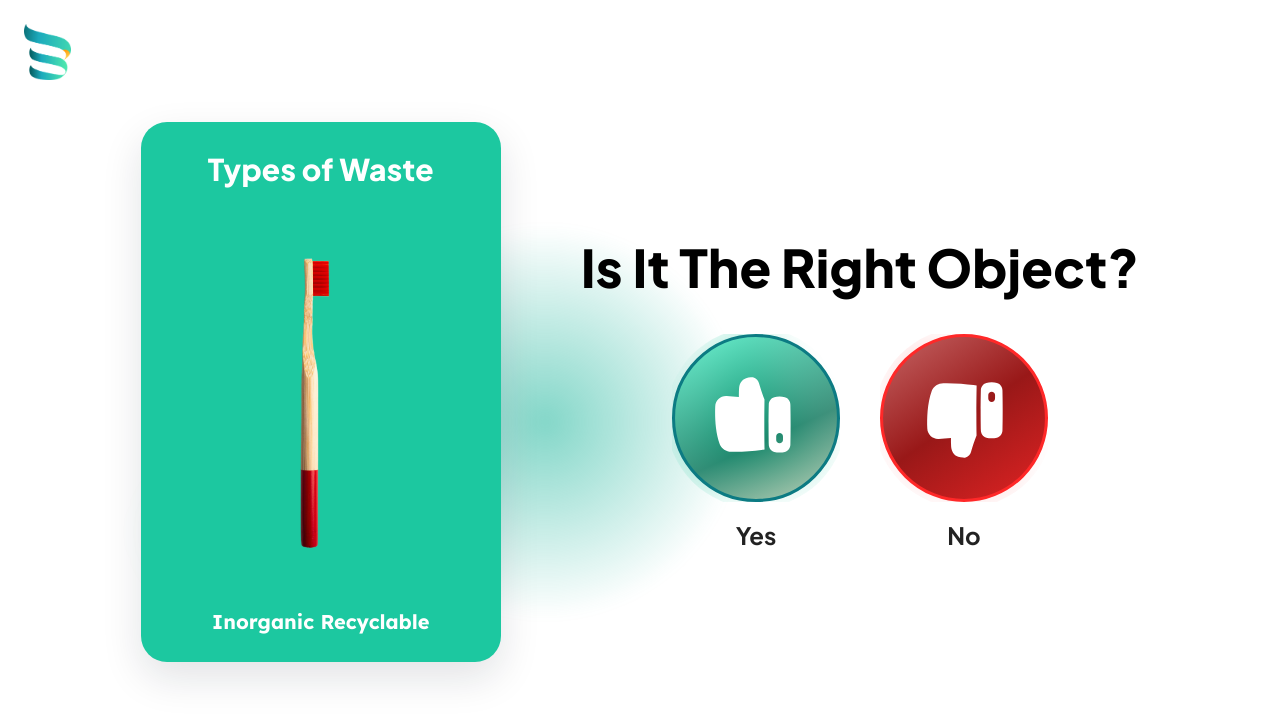
Repository: william-saputra/nusabin
Page: pages/products.html
An editor plug-in stored every save of this project. The page is shown before and after the next save, followed by the edit.
The browser window is 1280 px wide. The pictures show the whole page.

Above is the page before, as saved 2025-08-13 16:00:11.

After the next save:
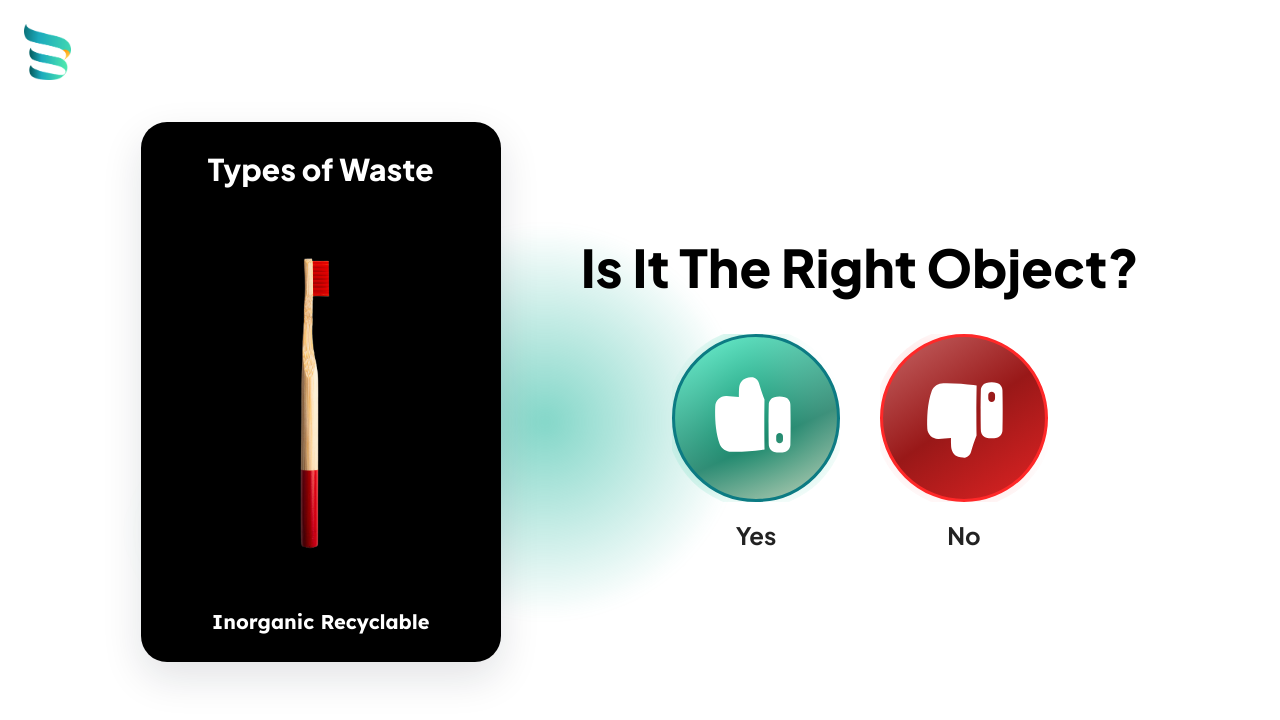
Saved 2 min 2 s later.
--- a/styles/pages/products.css
+++ b/styles/pages/products.css
@@ -1,6 +1,6 @@
 :root{
 	--bg:#ffffff;
-	--teal:#1CC8A0;
+	--teal:#000000;
 	--teal-deep:#13a887;
 	--teal-ring:#0f8e72;
 	--red:#e4473a;
